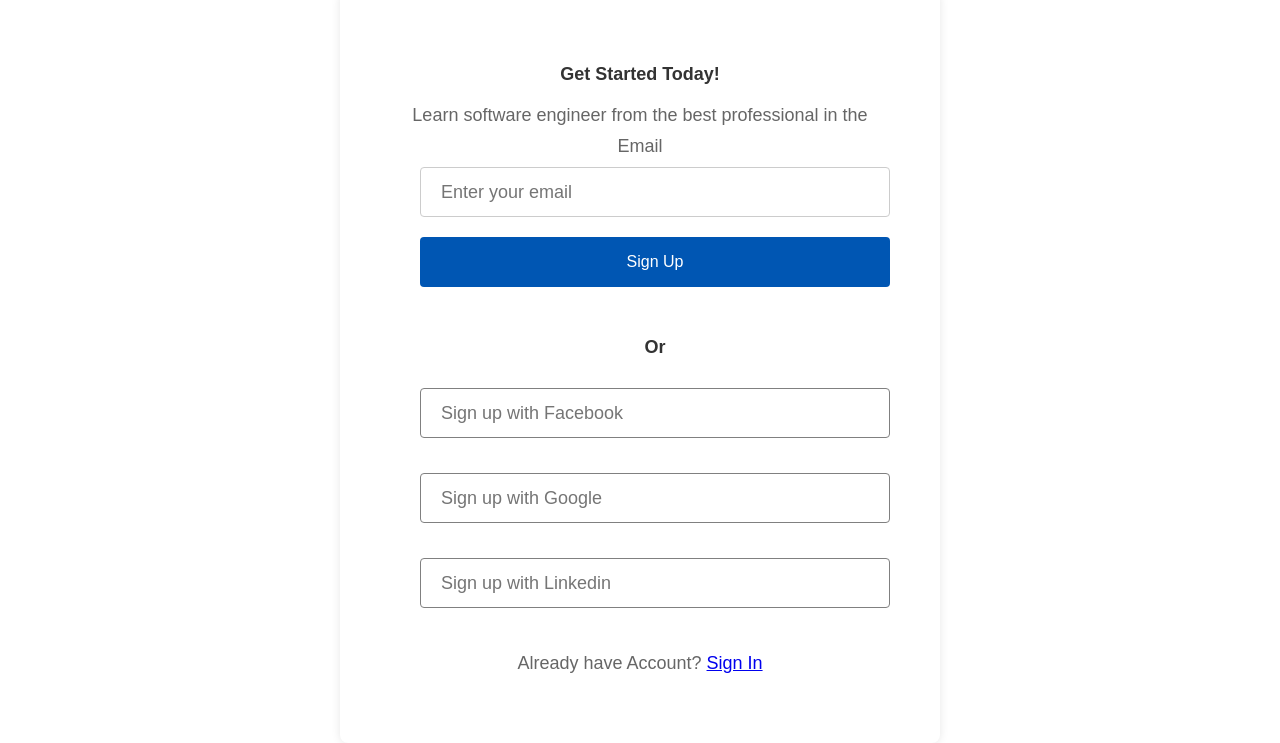
Repository: Femi007-gh/LOGIN-INTERFACE
Page: index.html
The author's editor kept a copy of each file at every save. The page is drawn from the files as they stood at one save, then again after a run of saves.
The browser window is 1280 px wide. The pictures show the whole page.

Above is the page before, as saved 2025-01-21 14:01:29.

After the next 3 saves:
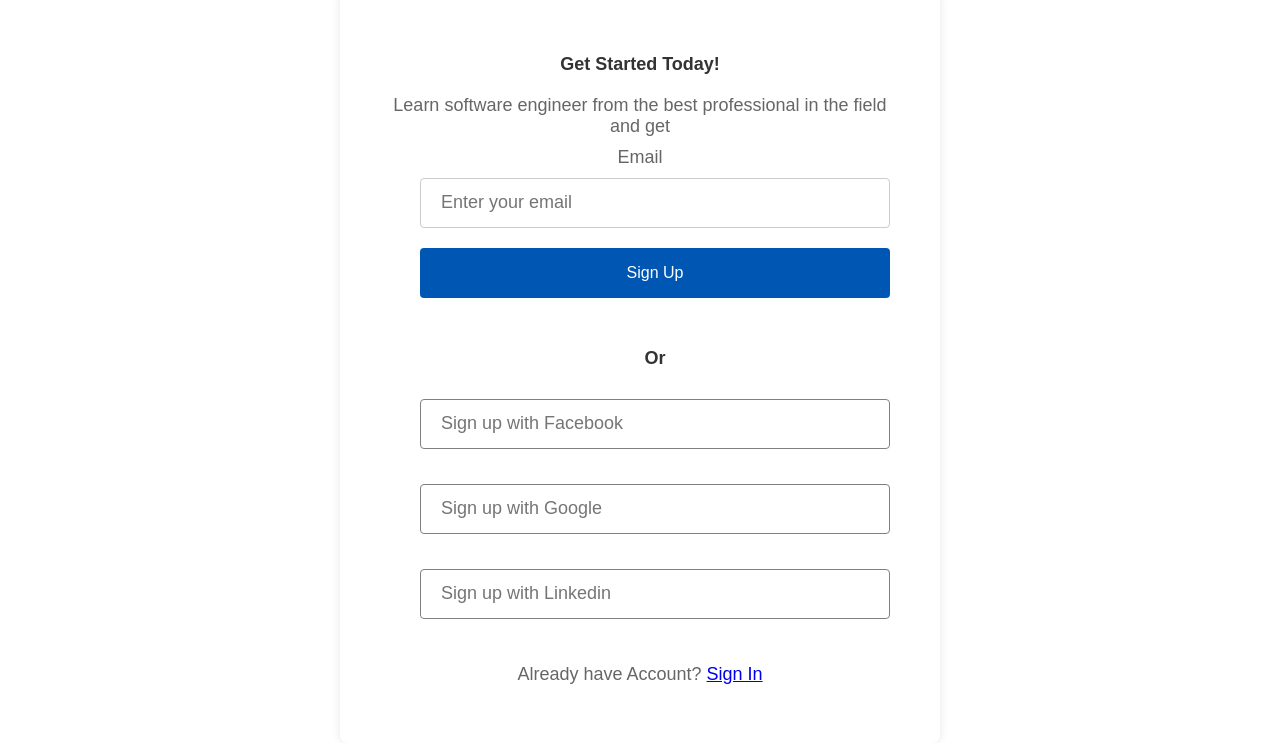
The 3 saves are shown as one change because they came seconds apart.
The last was saved 10 s later.
--- a/index.html
+++ b/index.html
@@ -8,7 +8,7 @@
       <div class="left-session">
         <div class="form-container">
           <h1>Get Started Today!</h1>
-          <p>Learn software engineer from the best professional in the </p>
+          <p>Learn software engineer from the best professional in the field and get </p>
           <form>
             <div class="inter-group">
               <p>Email</p>
